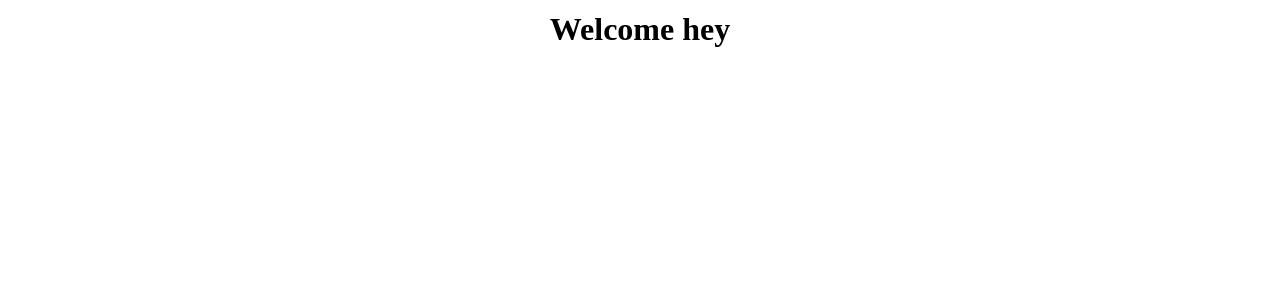
Repository: atout811/insta-task
Page: /
These files come from the project's save history. The page is drawn as it stood at one moment and after the next save; the edit follows.
The browser window is 1280 px wide. The pictures show the whole page.
The project was rebuilt for these pictures with package versions that can differ from the ones it lists, and the page was loaded fresh each time.

Above is the page before, as saved 2021-06-02 23:00:53.

After the next save:
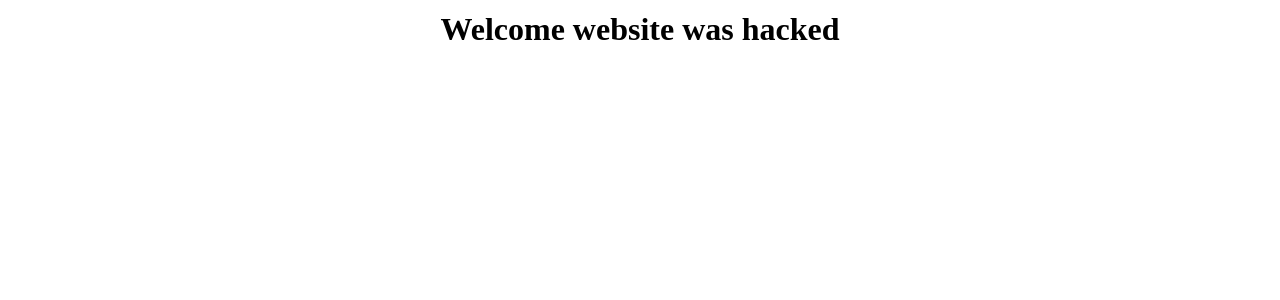
Saved 11 s later.
--- a/src/App.vue
+++ b/src/App.vue
@@ -1,5 +1,5 @@
 <template>
-  <Welcome title="hey" />
+  <Welcome />
 </template>
 
 <script>
